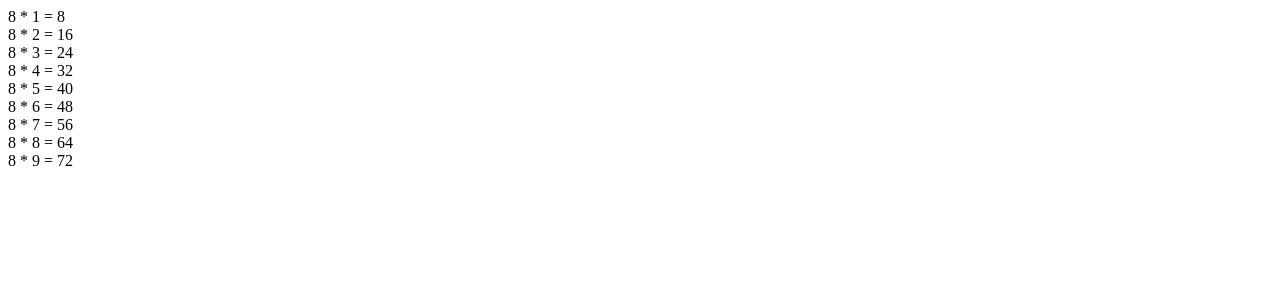
Repository: developedbyssony/JSP
Page: http://localhost/JSPbasic/jsptag/tag_quiz3.jsp
The author's editor kept a copy of each file at every save. The page is drawn from the files as they stood at one save, then again after the next save.
The browser window is 1280 px wide. The pictures show the whole page.
The page is served by Tomcat 9.

Above is the page before, as saved 2022-03-23 10:18:25.

After the next save:
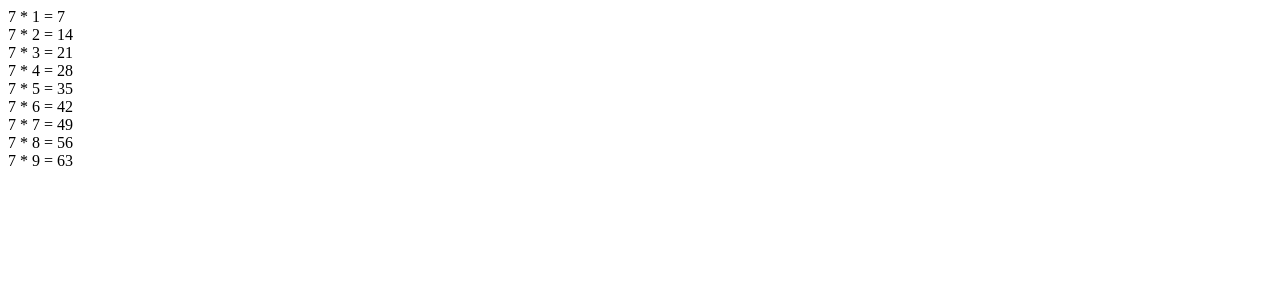
Saved 28 s later.
--- a/JSPbasic/src/main/webapp/jsptag/tag_quiz3.jsp
+++ b/JSPbasic/src/main/webapp/jsptag/tag_quiz3.jsp
@@ -8,7 +8,7 @@
 </head>
 <body>
 	<%
-	 int j = (int)(Math.random() * 10) + 1;
+	 int j = (int)(Math.random() * 9) + 1;
 	 if (j>9) {
 		 j = 9;
 	 }
